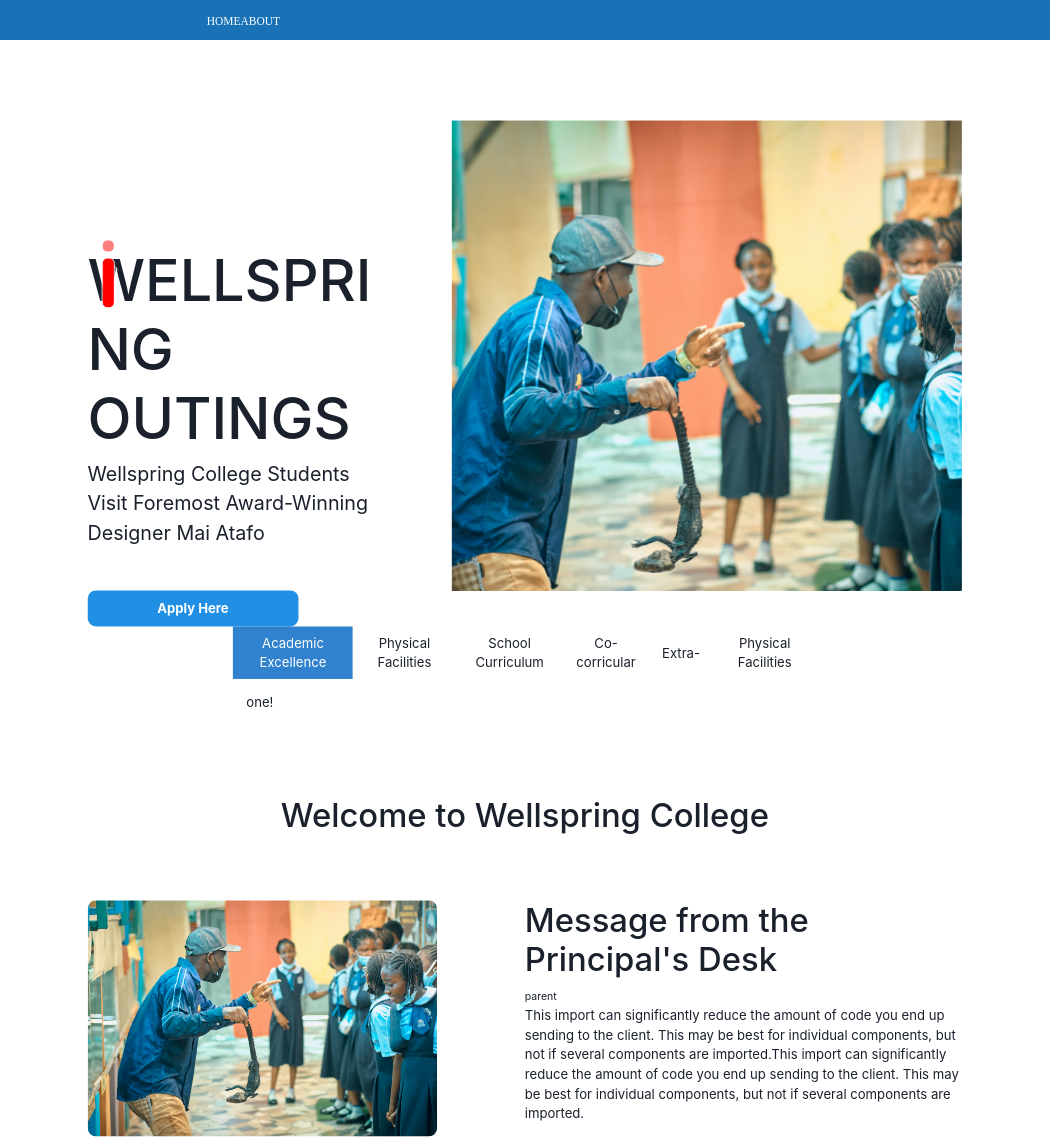
Repository: gr8skills/wellspring-school-forked
Page: /
These files come from the project's save history. The page is drawn as it stood at one moment and after the next save; the edit follows.
The browser window is 1280 px wide. The pictures show the whole page, at 82% of full size.
The project was rebuilt for these pictures with package versions that can differ from the ones it lists, and the page was loaded fresh each time. Also part of the build but not shown: src/components/Navbar/Dropdown.scss, src/components/Navbar/Dropdown.js, src/components/Calendar/Calendar.js, src/components/News/News.js.

Above is the page before, as saved 2022-12-02 00:31:11.

After the next save:
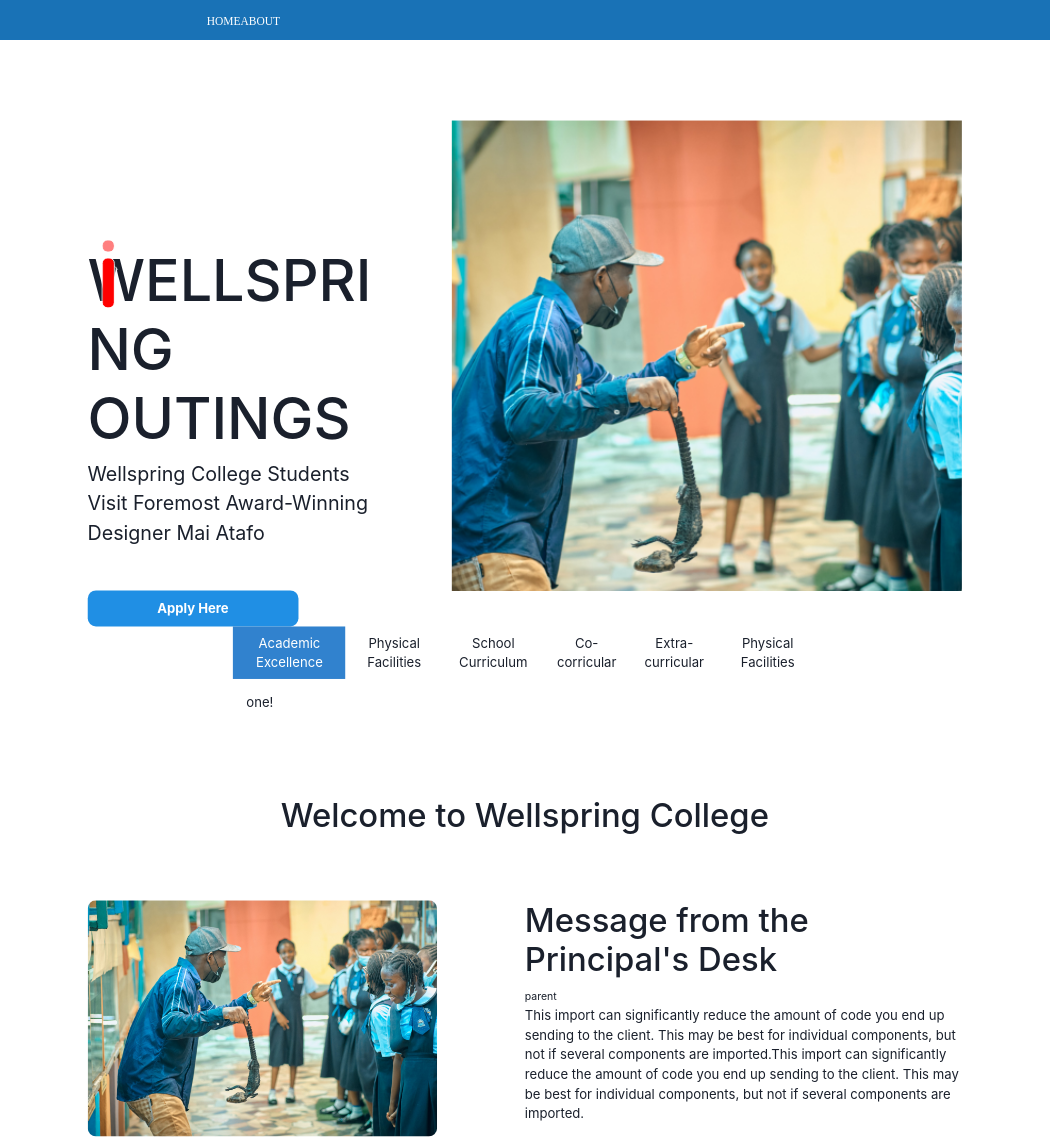
Saved 4 s later.
--- a/src/components/AppTab/AppTab.js
+++ b/src/components/AppTab/AppTab.js
@@ -15,7 +15,7 @@
                 <Tab _selected={{ color: "white", bg: "green.400" }}>Physical Facilities</Tab>
                 <Tab _selected={{ color: "white", bg: "green.400" }}>School Curriculum</Tab>
                 <Tab _selected={{ color: "white", bg: "green.400" }}>Co-corricular</Tab>
-                <Tab _selected={{ color: "white", bg: "green.400" }}>Extra-</Tab>
+                <Tab _selected={{ color: "white", bg: "green.400" }}>Extra-curricular</Tab>
                 <Tab _selected={{ color: "white", bg: "green.400" }}>Physical Facilities</Tab>
               </TabList>
               <TabPanels>
